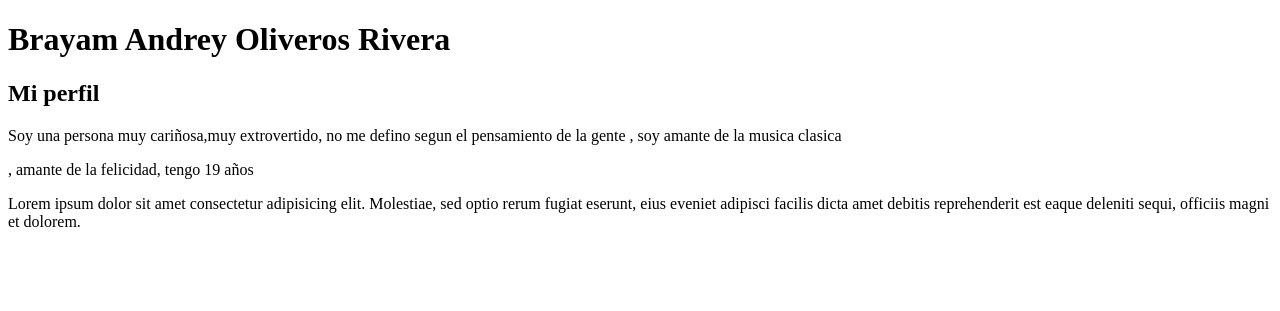
Repository: AndreyRi13/clasesweb
Page: index.html
These files come from the project's save history. The page is drawn as it stood at one moment and after a run of saves; the edit follows.
The browser window is 1280 px wide. The pictures show the whole page.

Above is the page before, as saved 2020-09-17 07:23:05.

### index.html
<!DOCTYPE html>
<html lang="en">
<head>
    <meta charset="UTF-8">
    <meta name="viewport" content="width=device-width, initial-scale=1.0">

    <title>Mi primera pagina</title>
</head>
<body>
<h1>Brayam Andrey Oliveros Rivera</h1>

  <h2>Mi perfil</h2>

  <p>Soy una persona muy cariñosa,muy extrovertido, no me defino segun el pensamiento de la gente , soy amante de la musica clasica</p>
  <p>, amante de la felicidad, tengo 19 años</p>
  <p>Lorem ipsum dolor sit amet consectetur adipisicing elit. Molestiae, sed optio rerum fugiat eserunt, eius eveniet adipisci facilis  dicta amet debitis reprehenderit
    est eaque deleniti sequi, officiis magni et dolorem.</p>


</body>
</html>

After the next 3 saves:
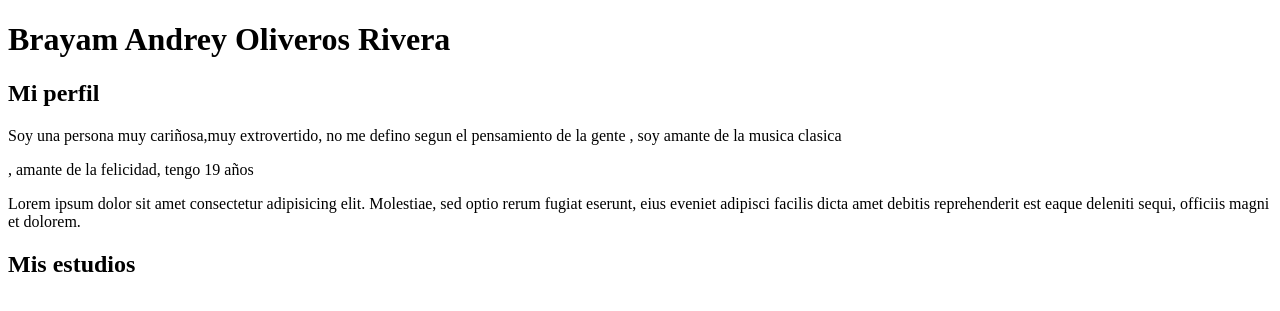
The 3 saves are shown as one change because they came seconds apart.
The last was saved 21 s later.
--- a/index.html
+++ b/index.html
@@ -17,5 +17,8 @@
     est eaque deleniti sequi, officiis magni et dolorem.</p>
 
 
+    <h2>Mis estudios </h2>
+
+
 </body>
 </html>
